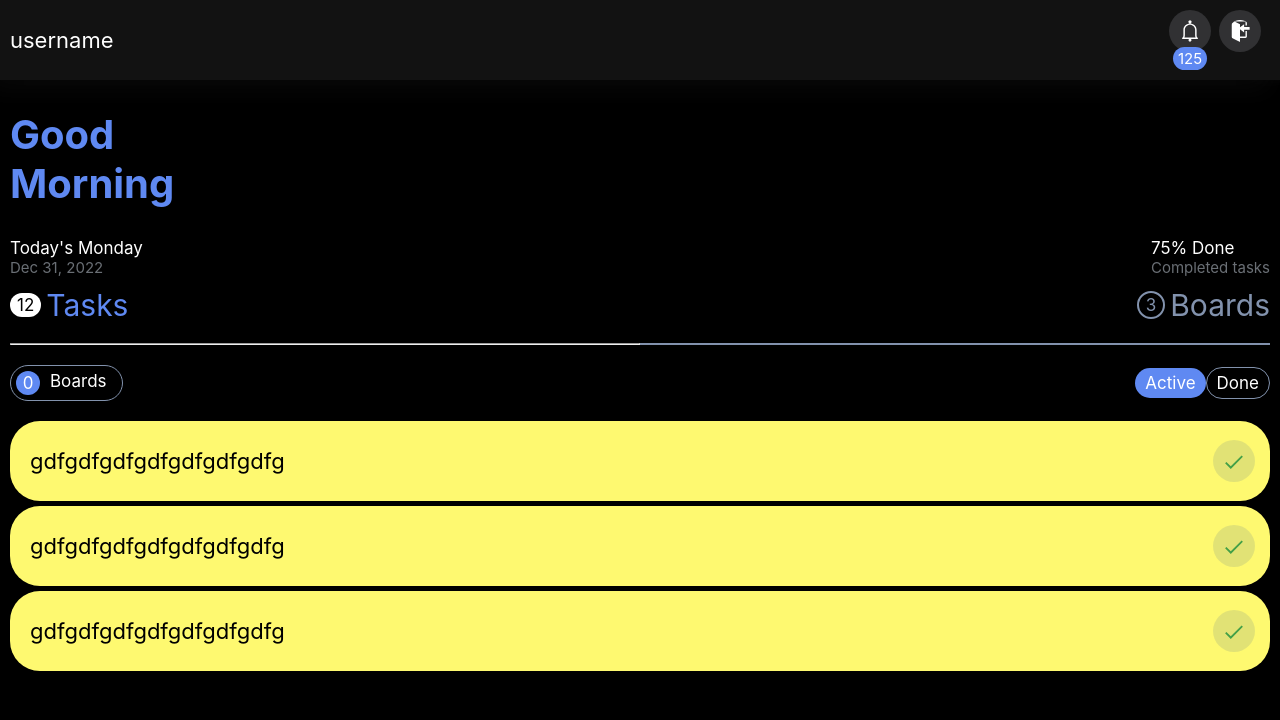
Repository: ShindanoSingi/todo-app
Page: /
These files come from the project's save history. The page is drawn as it stood at one moment and after a run of saves; the edit follows.
The browser window is 1280 px wide. The pictures show the whole page.
The project was rebuilt for these pictures with package versions that can differ from the ones it lists, and the page was loaded fresh each time. Also part of the build but not shown: src/pages/LandingPage.js.

Above is the page before, as saved 2023-01-01 19:29:13.

### src/index.css
* {
  font-size: 22px;
  margin: 0;
  padding: 0;
}

body {
  margin: 0;
  padding: 0;
  font-family: -apple-system, BlinkMacSystemFont, 'Segoe UI', 'Roboto', 'Oxygen',
    'Ubuntu', 'Cantarell', 'Fira Sans', 'Droid Sans', 'Helvetica Neue',
    sans-serif;
  -webkit-font-smoothing: antialiased;
  -moz-osx-font-smoothing: grayscale;
}

code {
  font-family: source-code-pro, Menlo, Monaco, Consolas, 'Courier New',
    monospace;
}

.signin-icon-signin-text-container {
  display: flex;
  align-items: center;
  flex-direction: column;
}

.bell-icon-bell-num-container {
  display: flex;
  flex-direction: column;
  align-items: center;
  margin-left: 20px;
}

.signin-text {
  display: none;
}

.bell-num,
.signin-text {
  font-size: 15px;
}

.bell-num {
  text-align: center;
  color: #fff;
  padding: 2px 5px;
  background-color: #5f89f2;
  border-radius: 50px;
  margin-top: -5px;
}

.bell-icon,
.signin-icon {
  color: white;
  padding: 10px;
  border-radius: 50px;
  background-color: #313133;
}

div.signin-icon-signin-text-container:hover p.signin-text {
  display: block;
}

.bell-icon-signin-container {
  display: grid;
  grid-template-columns: 60px 60px;
}

.username,
.signin-text {
  color: #fff;
}

.nav-bar {
  display: flex;
  align-items: center;
  justify-content: space-between;
  padding: 10px;
  background: #121212;
  box-shadow: -11px 11px 22px #070707, 11px -11px 22px #1d1d1d;
}

h1 {
  position: absolute;
  top: 10%;
  z-index: 1;
}

h2 {
  font-size: 40px;
  color: #5f89f2;
}

.salutation-container {
  margin-top: 30px;
  padding-left: 10px;
}

.day,
.percent,
.small-boards,
.done,
.active {
  font-size: 17px;
  color: #ffffff;
}

.date,
.completed {
  font-size: 15px;
  color: #6a6f75;
}

.day-to-percent-container {
  display: flex;
  justify-content: space-between;
  padding: 10px;
  margin-top: 20px;
}

.tasks-num {
  text-align: center;
  font-size: 17px;
  background: #ffff;
  padding: 2px 7px;
  border-radius: 50px;
  height: 20px;
}

.tasks {
  font-size: 30px;
  font-weight: light;
  color: #5f89f2;
}

.boards-num {
  font-size: 17px;
  color: #8292ad;
  border: 2px solid #8292ad;
  padding: 2px 7px;
  border-radius: 50px;
  height: 20px;
}

.big-boards {
  font-size: 30px;
  font-weight: light;
  color: #8292ad;
}

.tasks-num-tasks-container,
.boards-num-boards-container {
  display: flex;
  align-items: center;
  gap: 5px;
}

.line-tasks {
  width: 50%;
}

.line-boards {
  width: 50%;
  border: 1px solid #8292ad;
}

.line-tasks-ine-boards-container {
  display: flex;
  justify-content: space-between;
  /* margin-top: 10px; */
  padding: 0 10px;
}

.tasks-to-boards-container {
  display: flex;
  justify-content: space-between;
  padding: 0 10px;
}

.num-boards {
  font-size: 17px;
  text-align: center;
  color: #fff;
  background: #5f89f2;
  padding: 2px;
  border-radius: 50px;
  height: 20px;
  width: 20px;
}

.small-boards {
  color: #fff;
}

.num-boards-small-boards-container {
  display: flex;
  gap: 10px;
  border: 1px solid #8292ad;
  padding: 5px;
  border-radius: 50px;
  padding-right: 15px;
}

.active {
  text-align: center;
  background: #5f89f2;
  padding: 0px 10px;
  border-radius: 50px;
  padding: 5px 10px;
}

.done {
  display: flex;
  gap: 10px;
  border: 1px solid #8292ad;
  border-radius: 50px;
  padding: 5px 10px;
}

.active-done-container {
  display: flex;
  align-items: center;
}

.num-boards-to-small-boards-container {
  display: flex;
  justify-content: space-between;
  align-items: center;
  padding: 0 10px;
}

.task-title {
  word-wrap: break-word;
  padding: 5px;
  width: 80%;
}

.check-circle-icon {
  color: white;
  padding: 10px;
  border-radius: 50px;
  background: rgba(121, 141, 139, 0.21);
}

.todo-card {
  margin: 0 10px;
  padding: 15px;
  min-height: 50px;
  border-radius: 30px;
  display: flex;
  align-items: center;
  justify-content: space-between;
}

.todos-container {
  display: flex;
  flex-direction: column;
  gap: 5px;
  max-height: 250px;
  overflow-y: scroll;
}

.main {
  display: flex;
  flex-direction: column;
  gap: 20px;
}

/* Credit: Cole McCombs; */
.landing-page-wrapper {
  height: 100%;
  display: flex;
  flex-direction: column;
  align-items: center;
  justify-content: center;
}

/* Credit: Cole McCombs; */
.button {
  min-width: 150px;
  min-height: 40px;
  font-family: 'Nunito', sans-serif;
  font-size: 22px;
  text-transform: uppercase;
  letter-spacing: 1.3px;
  font-weight: 700;
  color: #313133;
  background: #37b7ff;
  background: linear-gradient(
    90deg,
    rgb(59, 123, 190) 0%,
    rgb(29, 181, 228) 100%
  );
  border: none;
  border-radius: 1000px;
  box-shadow: 12px 12px 24px rgba(28, 120, 186, 0.64);
  transition: all 0.3s ease-in-out 0s;
  cursor: pointer;
  outline: none;
  position: absolute;
  top: 85%;
  padding: 10px;
}

/* Credit: Cole McCombs; */
button::before {
  content: '';
  border-radius: 1000px;
  min-width: calc(150px + 12px);
  min-height: calc(40px + 12px);
  border: 6px solid #008cff;
  box-shadow: 0 0 60px rgba(25, 150, 233, 0.64);
  position: absolute;
  top: 50%;
  left: 50%;
  transform: translate(-50%, -50%);
  opacity: 0;
  transition: all 0.3s ease-in-out 0s;
}

/* Credit: Cole McCombs; */
.button:hover,
.button:focus {
  color: #bfbfd4;
  transform: translateY(-6px);
}

/* Credit: Cole McCombs; */
button:hover::before,
button:focus::before {
  opacity: 1;
}

/* Credit: Cole McCombs; */
button::after {
  content: '';
  width: 30px;
  height: 30px;
  border-radius: 100%;
  border: 6px solid #0f8bdd;
  position: absolute;
  z-index: -1;
  top: 50%;
  left: 50%;
  transform: translate(-50%, -50%);
  animation: ring 1.5s infinite;
}

/* Credit: Cole McCombs; */
button:hover::after,
button:focus::after {
  animation: none;
  display: none;
}

/* Credit: Cole McCombs; */
@keyframes ring {
  0% {
    width: 20px;
    height: 20px;
    opacity: 1;
  }
  100% {
    width: 150px;
    height: 150px;
    opacity: 0;
  }
}

.landing-page-image {
  position: fixed;
  width: 100%;
  height: 100%;
}

.landing-page-image {
  -webkit-animation: anim 8s infinite linear;
  animation: anim 8s infinite linear;
}

@-webkit-keyframes anim {
  from {
    -webkit-transform: rotateY(0deg);
  }
  to {
    -webkit-transform: rotateY(90deg);
  }
}

@keyframes anim {
  from {
    transform: rotateY(90deg);
  }
  to {
    transform: rotateY(0deg);
  }
}

.container {
  height: 100%;
  width: 100%;
  position: fixed;
  background-color: #000000;
}

### src/App.js
import Todos from './pages/Todos'

import LandingPage from './pages/LandingPage'

function App() {
  return (
    <div className="">
      {/* <LandingPage /> */}
      <Todos />
    </div>
  )
}

export default App

### src/pages/Todos.js
import React from 'react'
import checkbox from '../assests/check.svg'
import { RxBell } from 'react-icons/rx'
import { GoSignIn } from 'react-icons/go'
import { FcCheckmark } from 'react-icons/fc'

function Todos() {
    let color = "#FEF970"
    return (
        <div className='container'>
            <div className='todos-wrapper'>
                <nav className='nav-bar'>
                    <p className='username'>username</p>
                    <div className='bell-icon-signin-container'>
                        <div className='bell-icon-bell-num-container'>
                            <RxBell className='bell-icon' />
                            <p className='bell-num'>125</p>
                        </div>
                        <div className='signin-icon-signin-text-container'>
                            <GoSignIn className='signin-icon' />
                            <p className='signin-text'>Sign In</p>
                        </div>

                    </div>
                </nav>
                <div className='salutation-container'>
                    <h2 className='good-text'>Good</h2>
                    <h2 className='morning-text'>Morning</h2>
                </div>

                <div className='day-to-percent-container'>
                    <div className='day-date-container'>
                        <p className='day'>Today's Monday</p>
                        <p className='date'>Dec 31, 2022</p>
                    </div>
                    <div className='percent-completed-container'>
                        <p className='percent'>75% Done</p>
                        <p className='completed'>Completed tasks</p>
                    </div>
                </div>
                <main className='main'>
                    <div className='tasks-to-boards-container'>
                        <div className='tasks-num-tasks-container'>
                            <p className='tasks-num'>12</p>
                            <p className='tasks'>Tasks</p>
                        </div>
                        <div className='boards-num-boards-container'>
                            <p className='boards-num'>3</p>
                            <p className='big-boards'>Boards</p>
                        </div>
                    </div>
                    <div className='line-tasks-ine-boards-container'>
                        <hr className='line-tasks' />
                        <hr className='line-boards' />
                    </div>

                    <div className='num-boards-to-small-boards-container'>
                        <div className='num-boards-small-boards-container'>
                            <p className='num-boards'>0</p>
                            <p className='small-boards'>Boards</p>
                        </div>
                        <div className='active-done-container'>
                            <p className='active'>Active</p>
                            <p className='done'>Done</p>
                        </div>
                    </div>
                    <div className='todos-container'>
                        <div className='todo-card' style={{ backgroundColor: color }}>
                            <p className='task-title'>gdfgdfgdfgdfgdfgdfgdfg</p>
                            < FcCheckmark className='check-circle-icon' />
                        </div>
                        <div className='todo-card' style={{ backgroundColor: color }}>
                            <p className='task-title'>gdfgdfgdfgdfgdfgdfgdfg</p>
                            < FcCheckmark className='check-circle-icon' />
                        </div>
                        <div className='todo-card' style={{ backgroundColor: color }}>
                            <p className='task-title'>gdfgdfgdfgdfgdfgdfgdfg</p>
                            < FcCheckmark className='check-circle-icon' />
                        </div>
                        <div className='todo-card' style={{ backgroundColor: color }}>
                            <p className='task-title'>gdfgdfgdfgdfgdfgdfgdfg</p>
                            < FcCheckmark className='check-circle-icon' />
                        </div>
                        <div className='todo-card' style={{ backgroundColor: color }}>
                            <p className='task-title'>gdfgdfgdfgdfgdfgdfgdfg</p>
                            < FcCheckmark className='check-circle-icon' />
                        </div>
                        <div className='todo-card' style={{ backgroundColor: color }}>
                            <p className='task-title'>gdfgdfgdfgdfgdfgdfgdfg</p>
                            < FcCheckmark className='check-circle-icon' />
                        </div>
                        <div className='todo-card' style={{ backgroundColor: color }}>
                            <p className='task-title'>gdfgdfgdfgdfgdfgdfgdfg</p>
                            < FcCheckmark className='check-circle-icon' />
                        </div>
                        <div className='todo-card' style={{ backgroundColor: color }}>
                            <p className='task-title'>gdfgdfgdfgdfgdfgdfgdfg</p>
                            < FcCheckmark className='check-circle-icon' />
                        </div>
                        <div className='todo-card' style={{ backgroundColor: color }}>
                            <p className='task-title'>gdfgdfgdfgdfgdfgdfgdfg</p>
                            < FcCheckmark className='check-circle-icon' />
                        </div>
                        <div className='todo-card' style={{ backgroundColor: color }}>
                            <p className='task-title'>gdfgdfgdfgdfgdfgdfgdfg</p>
                            < FcCheckmark className='check-circle-icon' />
                        </div>
                        <div className='todo-card' style={{ backgroundColor: color }}>
                            <p className='task-title'>gdfgdfgdfgdfgdfgdfgdfg</p>
                            < FcCheckmark className='check-circle-icon' />
                        </div>
                        <div className='todo-card' style={{ backgroundColor: color }}>
                            <p className='task-title'>gdfgdfgdfgdfgdfgdfgdfg</p>
                            < FcCheckmark className='check-circle-icon' />
                        </div>
                        <div className='todo-card' style={{ backgroundColor: color }}>
                            <p className='task-title'>gdfgdfgdfgdfgdfgdfgdfg</p>
                            < FcCheckmark className='check-circle-icon' />
                        </div>
                        <div className='todo-card' style={{ backgroundColor: color }}>
                            <p className='task-title'>gdfgdfgdfgdfgdfgdfgdfg</p>
                            < FcCheckmark className='check-circle-icon' />
                        </div>
                        <div className='todo-card' style={{ backgroundColor: color }}>
                            <p className='task-title'>gdfgdfgdfgdfgdfgdfgdfg</p>
                            < FcCheckmark className='check-circle-icon' />
                        </div>
                        <div className='todo-card' style={{ backgroundColor: color }}>
                            <p className='task-title'>gdfgdfgdfgdfgdfgdfgdfg</p>
                            < FcCheckmark className='check-circle-icon' />
                        </div>
                        <div className='todo-card' style={{ backgroundColor: color }}>
                            <p className='task-title'>gdfgdfgdfgdfgdfgdfgdfg</p>
                            < FcCheckmark className='check-circle-icon' />
                        </div>
                        <div className='todo-card' style={{ backgroundColor: color }}>
                            <p className='task-title'>gdfgdfgdfgdfgdfgdfgdfg</p>
                            < FcCheckmark className='check-circle-icon' />
                        </div>
                        <div className='todo-card' style={{ backgroundColor: color }}>
                            <p className='task-title'>gdfgdfgdfgdfgdfgdfgdfg</p>
                            < FcCheckmark className='check-circle-icon' />
                        </div>
                        <div className='todo-card' style={{ backgroundColor: color }}>
                            <p className='task-title'>gdfgdfgdfgdfgdfgdfgdfg</p>
                            < FcCheckmark className='check-circle-icon' />
                        </div>
                        <div className='todo-card' style={{ backgroundColor: color }}>
                            <p className='task-title'>gdfgdfgdfgdfgdfgdfgdfg</p>
                            < FcCheckmark className='check-circle-icon' />
                        </div>
                        <div className='todo-card' style={{ backgroundColor: color }}>
                            <p className='task-title'>gdfgdfgdfgdfgdfgdfgdfg</p>
                            < FcCheckmark className='check-circle-icon' />
                        </div>

                    </div>

                </main>
            </div>
        </div>
    )
}

export default Todos

Loaded but not shown: public/index.html (common file); src/index.js (common file); src/reportWebVitals.js (common file)

After the next 2 saves:
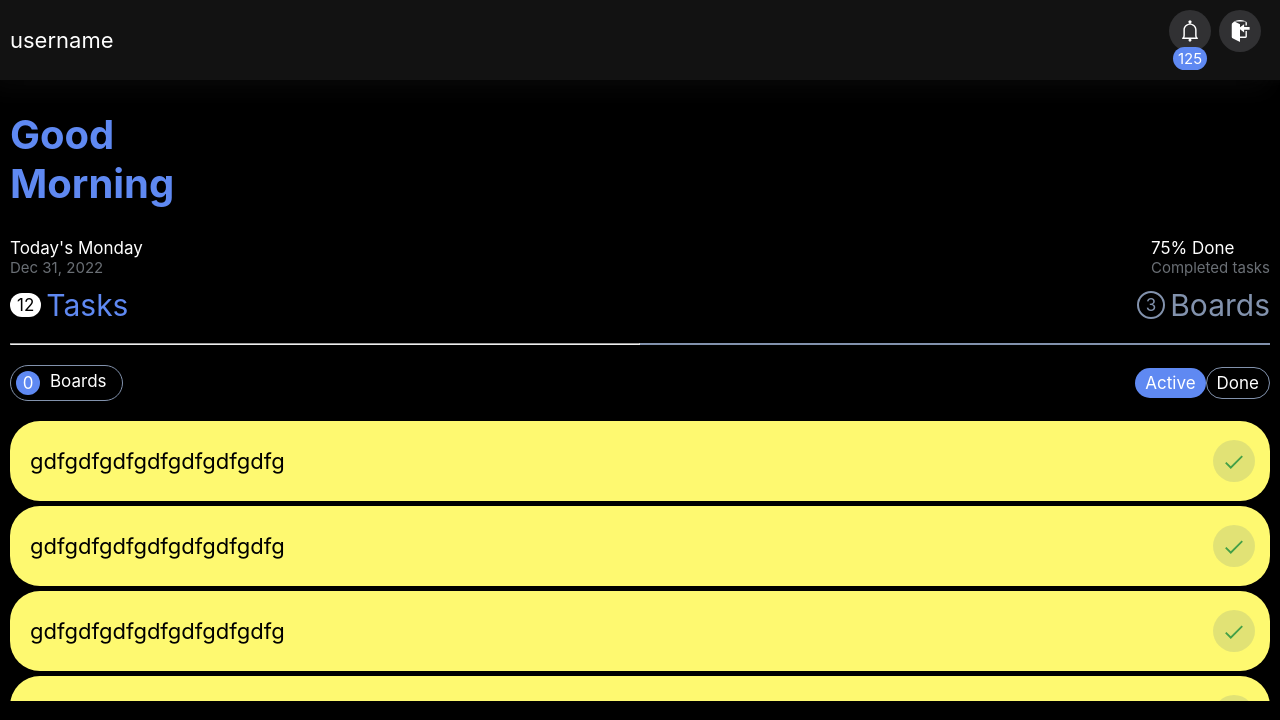
The 2 saves are shown as one change because they came seconds apart.
The last was saved 7 s later.
--- a/src/index.css
+++ b/src/index.css
@@ -257,7 +257,7 @@ h2 {
   display: flex;
   flex-direction: column;
   gap: 5px;
-  max-height: 250px;
+  max-height: 280px;
   overflow-y: scroll;
 }
 
